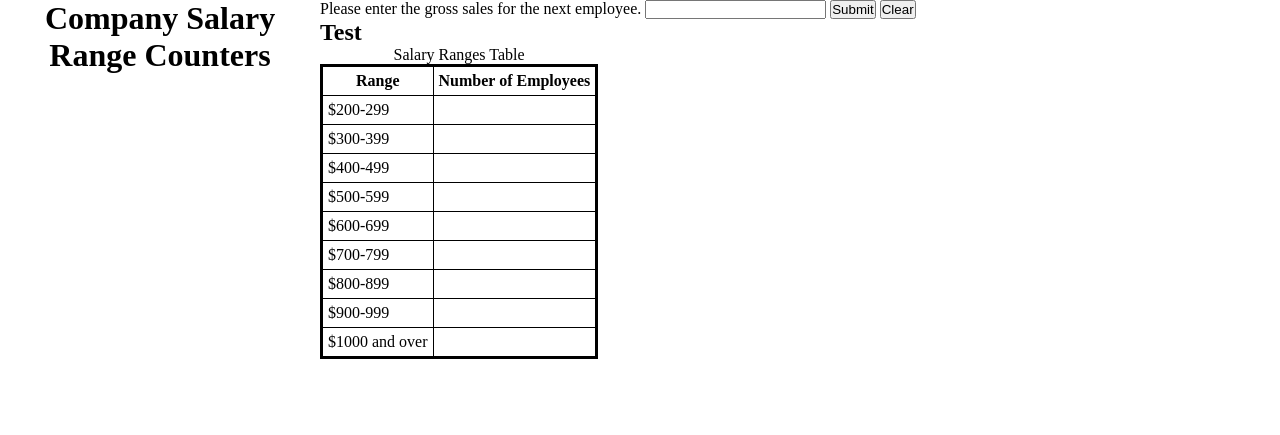
Repository: mlmEFSC21/P17-Sales-Commision
Page: sales.html
An editor plug-in stored every save of this project. The page is shown before and after the next save, followed by the edit.
The browser window is 1280 px wide. The pictures show the whole page.

Above is the page before, as saved 2022-04-02 07:55:19.

After the next save:
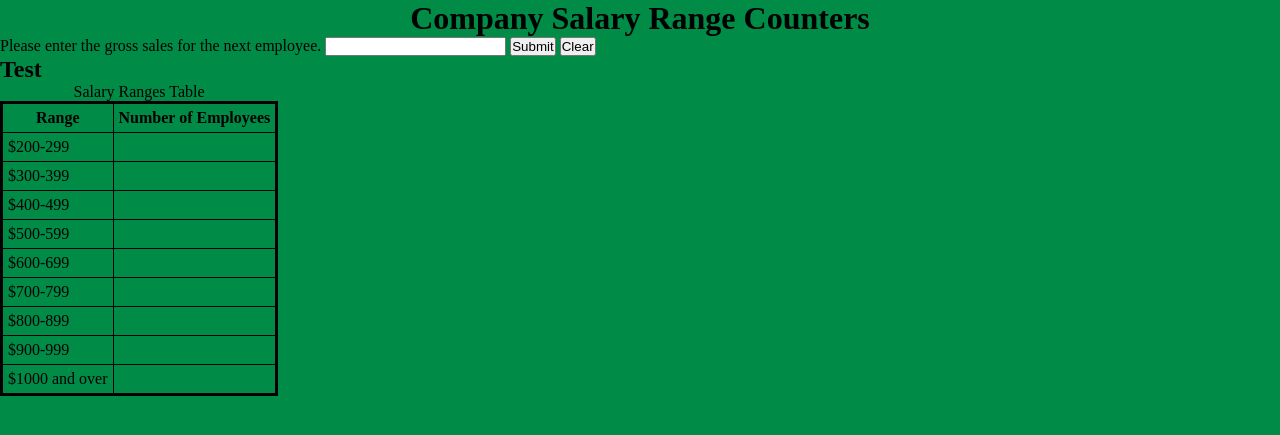
Saved 25 s later.
--- a/sales.css
+++ b/sales.css
@@ -11,12 +11,15 @@
     padding: 0;
 }
 body {
+    background-color: var(--clr-background);
+}
+.mainHeader {
+    text-align: center;
+}
+.mainContent {
     display: grid;
     grid-template-rows: 3fr 2fr;
     grid-template-columns: 1fr 3fr;
-}
-.mainHeader {
-    text-align: center;
 }
 table {
     border-collapse: collapse;
